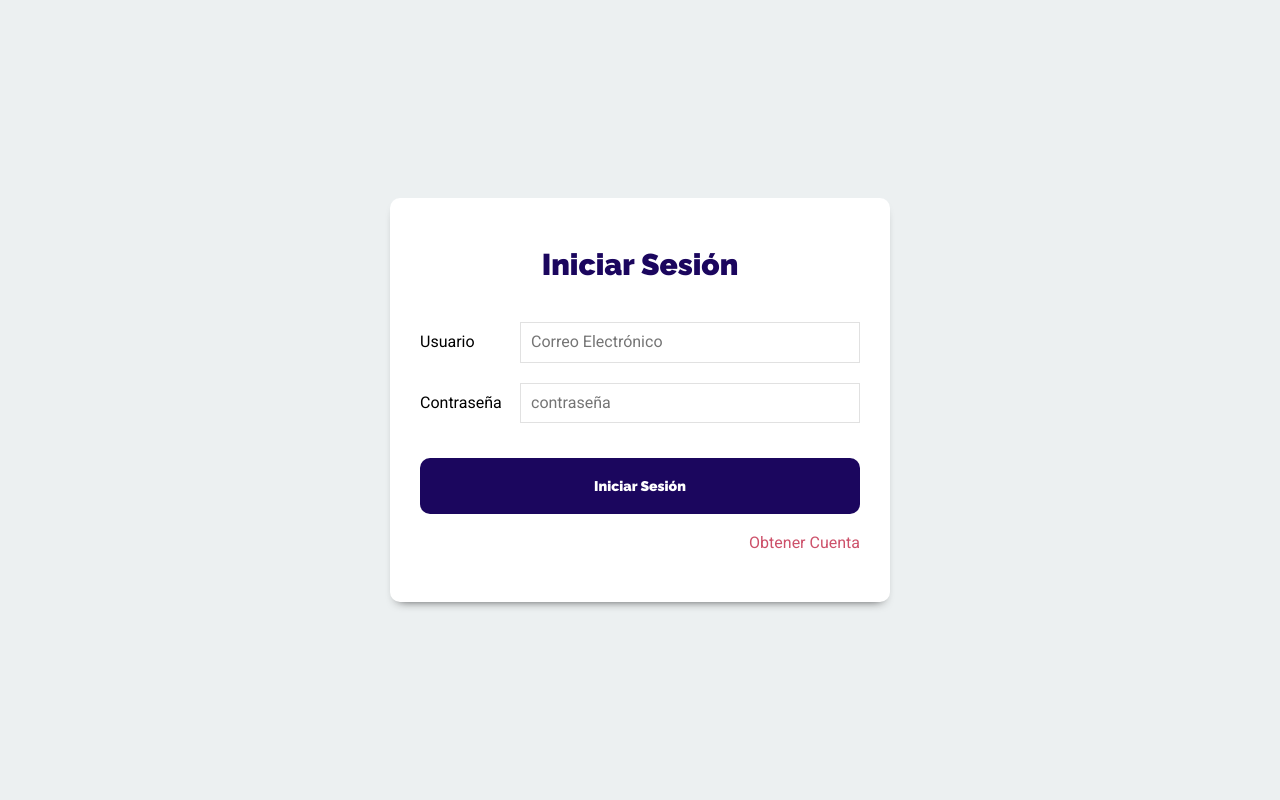
Repository: andrescovarrubias/admin-proyectos
Page: / (app in cliente/)
The author's editor kept a copy of each file at every save. The page is drawn from the files as they stood at one save, then again after the next save.
The browser window is 1280 px wide. The pictures show the whole page.
The project was rebuilt for these pictures with package versions that can differ from the ones it lists, and the page was loaded fresh each time. Also part of the build but not shown: cliente/src/components/auth/NuevaCuenta.jsx, cliente/src/components/proyectos/NuevoProyecto.jsx, cliente/src/components/layout/SideBar.jsx, cliente/src/components/proyectos/Proyectos.jsx.

Above is the page before, as saved 2020-10-31 17:31:04.

### cliente/src/index.css
:root {
  --blanco: #ffffff;
  --blanco2: #fcf7ff;
  --blanco3: #ecf0f1;
  --azul1: #258ea6;
  --morado1: #4d376d;
  --morado2: #861657;
  --azul2: #1b065e;
  --azul3: #2e4052;
  --rojo: #1b065e;
  --rojo2: #b8082c;
  --rojo3: #b91a2f;
  --headingFont: "Raleway", sans-serif;
  --textFont: "Roboto", sans-serif;
}
*,
*:before,
*:after {
  box-sizing: inherit;
}
html {
  box-sizing: border-box;
  height: 100%;
  font-size: 62.5%;
}
body {
  min-height: 100%;
  background-color: #ecf0f1;
  font-size: 16px;
  font-size: 1.6rem;
  font-family: var(--textFont);
}

h1,
h2 {
  font-family: var(--headingFont);
  font-weight: 900;
  margin: 0 0 4rem 0;
  text-align: center;
  color: var(--rojo);
}
h1 span {
  font-weight: 400;
}
h1 {
  font-size: 3rem;
}
h2 {
  font-size: 2.4rem;
}
ul {
  list-style: none;
  padding: 0;
  margin: 0;
}
a {
  text-decoration: none;
  color: var(--gris2);
}

/** BOTONES **/
.btn {
  margin-top: 2vh;
  font-family: var(--headingFont);
  padding: 20px;
  font-size: 14px;
  font-weight: bold;
  border-radius: 10px;
  border: none;
  transition: background-color 0.3s ease;
}
.btn:hover {
  cursor: pointer;
}
.btn-primario {
  background-color: var(--rojo);
  color: var(--blanco);
}
.btn-primario:hover {
  background: var(--rojo3);
}
.btn-secundario {
  background-color: var(--rojo2);
}
.btn-block {
  display: block;
  width: 100%;
}
.btn-submit:hover {
  background-color: #b91a2f;
}
.btn-blank {
  margin: 0;
  padding: 0;
  display: block;
  background-color: transparent;
}

@media (min-width: 768px) {
  .contenedor-app {
    display: flex;
    min-height: 100vh;
  }

  aside {
    background-color: var(--blanco);
    flex: 0 0 300px;
  }
  .seccion-principal {
    flex: 1;
  }
}

/* BARRA LATERAL */
aside {
  padding: 3rem;
}

.formulario-nuevo-proyecto {
  margin-top: 6rem;
}
.formulario-nuevo-proyecto .input-text {
  border-bottom: 1px solid var(--gris2);
  border-radius: 0;
  background-color: var(--gris1);
}
.formulario-nuevo-proyecto .input-text::placeholder {
  color: var(--gris2);
}
.proyectos {
  margin-top: 5vh;
}
.listado-proyectos li {
  margin-bottom: 2rem;
}
.listado-proyectos li a {
  font-size: 1.4rem;
  color: var(--gris2);
  line-height: 1.5;
  font-weight: 300;
}
.app-header {
  display: flex;
  justify-content: space-between;
  background-color: var(--gris2);
  padding: 4rem;
}
.nombre-usuario {
  color: var(--blanco);
  font-size: 2.2rem;
  margin: 0;
}
.nombre-usuario span {
  font-weight: 900;
}
.nav-principal a {
  color: var(--blanco);
  text-decoration: none;
}
.nav-principal a:first-of-type {
  margin-right: 2rem;
}

/** Formulario crear y editar tareas **/
.formulario {
  background-color: var(--gris3);
  padding: 4rem;
}
.formulario form {
  max-width: 600px;
  margin: 0 auto;
}
.contenedor-input {
  display: flex;
}
.contenedor-input label {
  margin-bottom: 1rem;
  color: var(--blanco);
}
.input-text {
  padding: 1rem;
  border: none;
  border-radius: 0.5rem;
  flex: 1;
  width: 100%;
}

/** TAREAS LISTADO **/
.contenedor-tareas {
  padding: 4rem;
}

.listado-tareas {
  max-width: 600px;
  margin: 0 auto;
}

.tarea {
  display: flex;
  justify-content: space-between;
  background-color: var(--blanco);
  padding: 0.5rem 2rem;
  align-items: center;
  margin-bottom: 1rem;
  border-radius: 0.5rem;
}
.sombra {
  -webkit-box-shadow: 0px 4px 10px -3px rgba(117, 117, 117, 1);
  -moz-box-shadow: 0px 4px 10px -3px rgba(117, 117, 117, 1);
  box-shadow: 0px 4px 10px -3px rgba(117, 117, 117, 1);
}
.sombra-dark {
  -webkit-box-shadow: 0px 6px 11px -8px rgba(0, 0, 0, 0.9);
  -moz-box-shadow: 0px 6px 11px -8px rgba(0, 0, 0, 0.9);
  box-shadow: 0px 6px 11px -8px rgba(0, 0, 0, 0.9);
}
.tarea .acciones .btn:first-of-type {
  margin-right: 1rem;
}
.tarea p {
  font-size: 1.6rem;
  flex: 1;
  padding-right: 2rem;
}
.tarea .btn {
  padding: 0.8rem;
  font-size: 1.4rem;
  border-radius: 0;
  margin: 0;
}

.estado {
  margin-right: 1rem;
}
.estado button,
.mensaje {
  font-weight: 900;
  font-family: var(--textFont);
  font-size: 1rem;
  padding: 0.5rem;
  border-radius: 0.5rem;
  cursor: pointer;
  border: none;
}
.mensaje {
  text-align: center;
  font-size: 1.6rem;
  border-radius: 0;
}
.mensaje:hover {
  cursor: default;
}
.completo,
.correcto {
  background-color: rgba(154, 252, 154, 0.3);
  color: var(--gris3);
}
.incompleto {
  background-color: rgba(255, 178, 178, 0.4);
  color: var(--gris3);
}
.error {
  max-width: 600px;
  margin: 2rem auto 0 auto;
  background-color: rgb(170, 0, 0);
  color: var(--blanco);
}

.tarea-enter,
.proyecto-enter {
  opacity: 0;
}
.tarea-enter-active,
.proyecto-enter-active {
  opacity: 1;
  transition: opacity 200ms;
}
.tarea-exit,
.proyecto-exit {
  opacity: 1;
}
.tarea-exit-active,
.proyecto-exit-active {
  opacity: 0;
  transition: opacity 200ms;
}

.form-usuario {
  height: 100vh;
  min-height: 800px;
  display: flex;
  align-items: center;
  justify-content: center;
}

.contenedor-form {
  padding: 5rem 3rem;
  max-width: 500px;
  width: 95%;
  background-color: var(--blanco);
  border-radius: 1rem;
}
.contenedor-form h1 {
  color: var(--rojo);
}

.campo-form {
  display: flex;
  margin-bottom: 2rem;
  align-items: center;
}
.campo-form:last-of-type {
  margin: 0;
}
.campo-form label {
  flex: 0 0 100px;
  font-family: var(--textFont);
}
.campo-form input[type="password"],
.campo-form input[type="email"],
.campo-form input[type="text"] {
  border: 1px solid #e1e1e1;
  padding: 1rem;
  flex: 1;
}

.enlace-cuenta {
  margin-top: 2rem;
  display: block;
  opacity: 0.7;
  float: right;
  color: var(--rojo2);
}
.enlace-cuenta:hover {
  text-decoration: underline var(--rojo);
}

.alerta {
  position: fixed;
  top: 0;
  left: 0;
  padding: 1rem 3rem;
  border-radius: 1rem;
  font-family: var(--headingFont);
  font-weight: 600;
  text-transform: uppercase;
  font-size: 2.2rem;
  text-align: center;
  width: 100%;
}
@media (min-width: 768px) {
  .alerta {
    width: auto;
    top: 30px;
    right: 10px;
    left: auto;
  }
}

.alerta-ok {
  background-color: rgb(109, 211, 109);
  color: rgb(2, 103, 2);
}
.alerta-error {
  background-color: rgb(230, 78, 78);
  color: var(--blanco);
}

### cliente/src/App.js
import React, {Fragment, useState, useEffect, useContext} from 'react';
import Login from './components/auth/Login';
import NuevaCuenta from './components/auth/NuevaCuenta';
import Proyectos from './components/proyectos/Proyectos';

import {BrowserRouter as Router, Switch, Route} from 'react-router-dom';


function App() {
  return (
    <Router>
      <Switch>
        <Route exact path='/' component = {Login} />
        <Route exact path='/nueva-cuenta' component = {NuevaCuenta} />
        <Route exact path='/proyectos' component = {Proyectos} />
      </Switch>
    </Router>
  );
}

export default App;

### cliente/src/components/auth/Login.jsx
import React, { useState } from 'react';
import {Link} from 'react-router-dom';


const Login = () => {

     // state para iniciar sesion
     const [usuario, guardarUsuario] = useState ({
          email:'',
          password:''
     });

     // extraer el usuario
     const {email, password} = usuario;

     const onChange = e => {
          guardarUsuario({
               ...usuario,
               [e.target.name] : e.target.value
          })
     }


     // cuando el usuario quiere iniciar sesion
     const onSubmit = e => {
          e.preventDefault();

          // validar que no haya campos vacios

          // contraseña minimo de 6 caracteres

          // contraseña iguales

          // pasarlo al action

     }

     return (
          <div className="form-usuario">
               <div className="contenedor-form sombra-dark">
                    <h1>Iniciar Sesión</h1>
                    <form
                         onSubmit = {onSubmit}
                    >
                         <div className="campo-form">
                              <label htmlFor="email">Usuario</label>
                              <input
                                   type="email"
                                   id="email"
                                   name="email"
                                   placeholder="Correo Electrónico"
                                   autocomplete="off"
                                   required
                                   value={email}
                                   onChange={onChange}
                              />
                         </div>
                         <div className="campo-form">
                              <label htmlFor="password">Contraseña</label>
                              <input
                                   type="password"
                                   id="password"
                                   name="password"
                                   placeholder="contraseña"
                                   autocomplete="off"
                                   value={password}
                                   required
                                   onChange={onChange}
                              />
                         </div>

                         <div className="campo-form">
                              <input type="submit" className=" btn btn-primario btn-block" value="Iniciar Sesión"/>
                         </div>
                    </form>
                    <Link to={'/nueva-cuenta'} className="enlace-cuenta">
                         Obtener Cuenta
                    </Link>
               </div>
          </div>
      );
}

export default Login;

Loaded but not shown: cliente/public/index.html (common file); cliente/src/index.js (common file); cliente/src/reportWebVitals.js (common file)

After the next save:
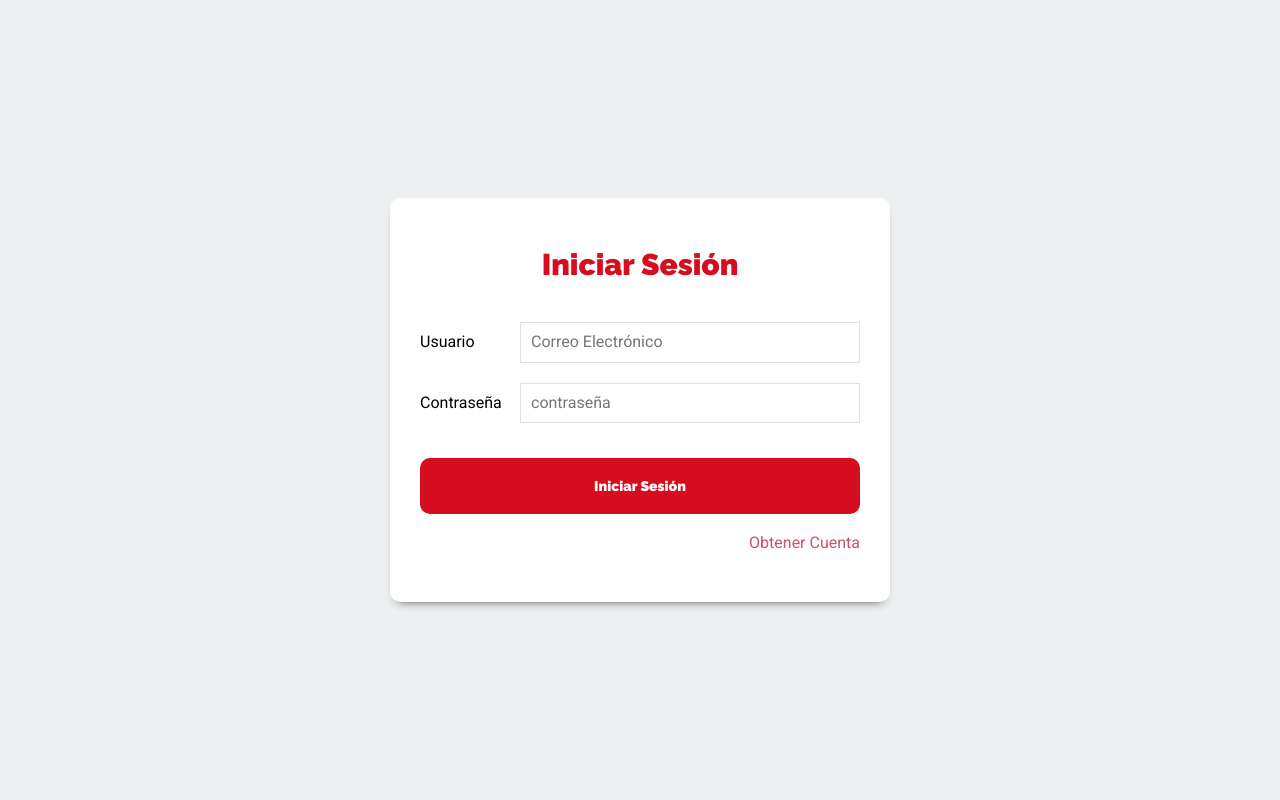
Saved 14 s later.
--- a/cliente/src/index.css
+++ b/cliente/src/index.css
@@ -7,7 +7,7 @@
   --morado2: #861657;
   --azul2: #1b065e;
   --azul3: #2e4052;
-  --rojo: #1b065e;
+  --rojo: #d60d1e;
   --rojo2: #b8082c;
   --rojo3: #b91a2f;
   --headingFont: "Raleway", sans-serif;
